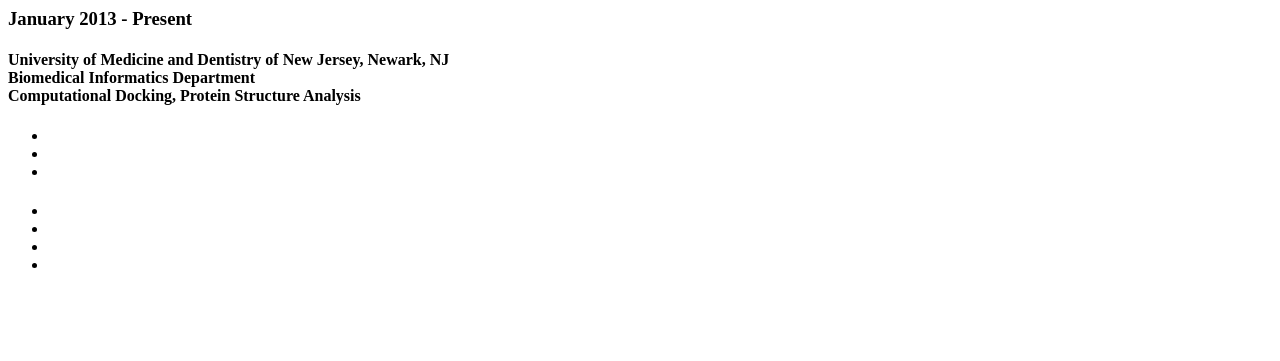
Repository: gmihalik/resume-website
Page: views/research.html
The author's editor kept a record of every edit. The page is drawn from the files as they stood at one moment, then again after the next edit.
The browser window is 1280 px wide. The pictures show the whole page.

Above is the page before.

### views/research.html
<h3>January 2013 - Present</h3>
<h4>University of Medicine and Dentistry of New Jersey, Newark, NJ
<br>Biomedical Informatics Department <br>Computational Docking, Protein Structure Analysis</h4>
<p>
<ul>
    <li></li>
    <li></li>
    <li></li>
</ul>
</p>


<h3></h3>
<h4></h4>
<p>
<ul>
    <li></li>
    <li></li>
    <li></li>
    <li></li>
</ul>
</p>

After the next edit:
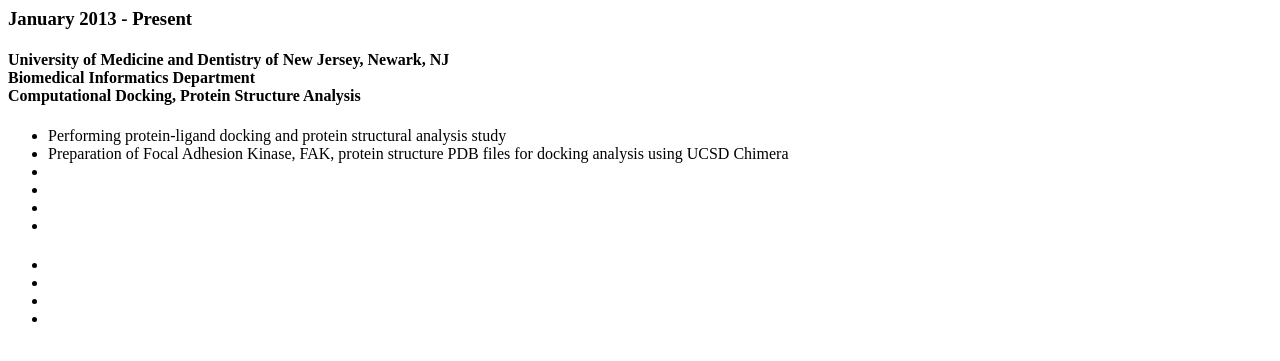
The edit:
--- a/views/research.html
+++ b/views/research.html
@@ -3,6 +3,9 @@
 <br>Biomedical Informatics Department <br>Computational Docking, Protein Structure Analysis</h4>
 <p>
 <ul>
+    <li>Performing protein-ligand docking and protein structural analysis study</li>
+    <li>Preparation of Focal Adhesion Kinase, FAK, protein structure PDB files for docking analysis using UCSD Chimera</li>
+    <li></li>
     <li></li>
     <li></li>
     <li></li>
